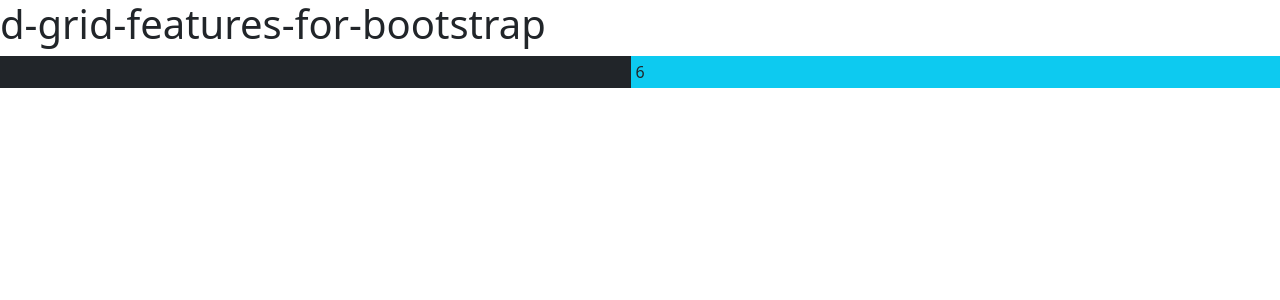
Repository: LynxPardelle/d-grid-features-for-bootstrap
Page: index.html
An editor plug-in stored every save of this project. The page is shown before and after the next save, followed by the edit.
The browser window is 1280 px wide. The pictures show the whole page.

Above is the page before, as saved 2021-10-20 04:37:40.

After the next save:
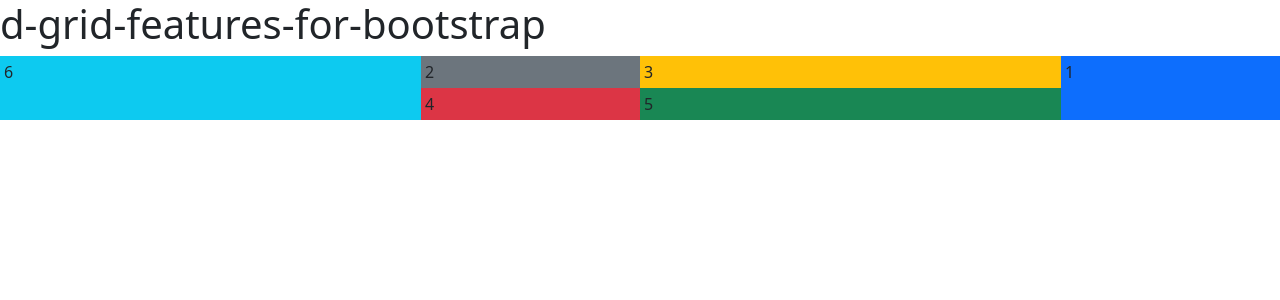
Saved 8 s later.
--- a/index.html
+++ b/index.html
@@ -11,7 +11,7 @@
   <h1>d-grid-features-for-bootstrap</h1>
 
   <!-- <section class="d-grid bg-dark" data-gfbs data-gfbs-gtc="repeat(4, 1fr)" data-gfbs-gtr="repeat(2, 100px)" > -->
-    <section class="d-grid bg-dark" data-gfbs data-gfbs-gta='"f f b c a a"" f f d e e a"'>
+    <section class="d-grid bg-dark" data-gfbs data-gfbs-gta='"f f b c c a"" f f d e e a"'>
     <div data-gfbs data-gfbs-ga="a" class="grid-element bg-primary p-1">
       1
     </div>

After the 2 saves that followed:
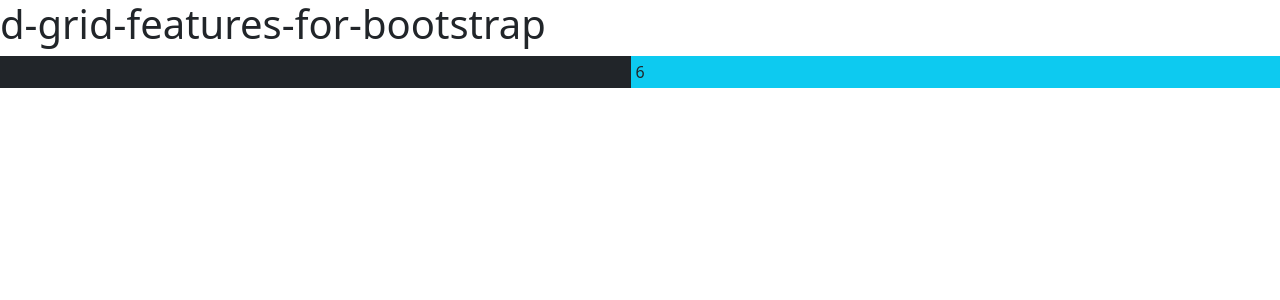
The 2 saves are shown as one change because 1 left the picture as it was.
The last was saved 93 s later.
--- a/index.html
+++ b/index.html
@@ -11,7 +11,10 @@
   <h1>d-grid-features-for-bootstrap</h1>
 
   <!-- <section class="d-grid bg-dark" data-gfbs data-gfbs-gtc="repeat(4, 1fr)" data-gfbs-gtr="repeat(2, 100px)" > -->
-    <section class="d-grid bg-dark" data-gfbs data-gfbs-gta='"f f b c c a"" f f d e e a"'>
+    <!-- <section class="d-grid bg-dark" data-gfbs data-gfbs-gta='"f f b c c a"" f f d e e a"'> -->
+      <section class="d-grid bg-dark" data-gfbs data-gfbs-gta='[row1-start] "a a a" 25px [row1-end]
+      [row2-start] "b b b" 25px [row2-end]
+      / auto 50px auto'>
     <div data-gfbs data-gfbs-ga="a" class="grid-element bg-primary p-1">
       1
     </div>
--- a/d-grid.js
+++ b/d-grid.js
@@ -27,6 +27,10 @@ for (let gridElement of gridElements) {
           gridElement.style.gridTemplateAreas = attValue;
           console.log(gridElement.style.gridTemplateAreas);
         break;
+        case at.includes("gt"):
+          gridElement.style.gridTemplate = attValue;
+          console.log(gridElement.style.gridTemplateAreas);
+        break;
         case at.includes("ga"):
           gridElement.style.gridArea = attValue;
         break;
